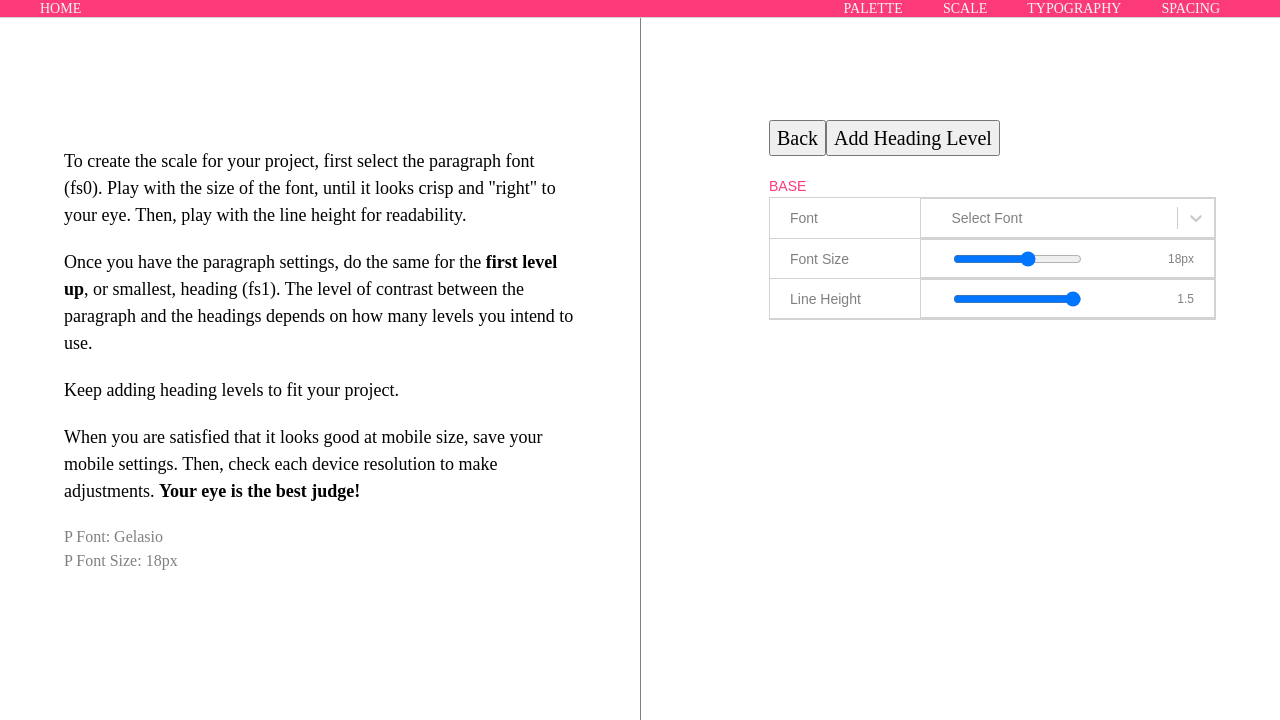
Repository: Terrycoco/coco-playground-starter
Page: /playground/scale
An editor plug-in stored every save of this project. The page is shown before and after the next save, followed by the edit.
The browser window is 1280 px wide. The pictures show the whole page.
Some web fonts or font styles are not loaded; a fallback is used. The project was rebuilt for these pictures with package versions that can differ from the ones it lists, and the page was loaded fresh each time. The framework's server and built-in components were replaced by stand-ins that run in the browser. Also part of the build but not shown: next.config.js, src/components/text/H1.js, src/components/text/Text.js, src/dev/components/layout/DeviceMenu.js, src/dev/components/dropdowns/ColorDropdown.js, src/utils/objects.js, src/dev/components/dropdowns/RatioDropdown.js, src/dev/components/forms/forms.module.css and 4 more.

Above is the page before, as saved 2023-03-04 10:46:10.

After the next save:
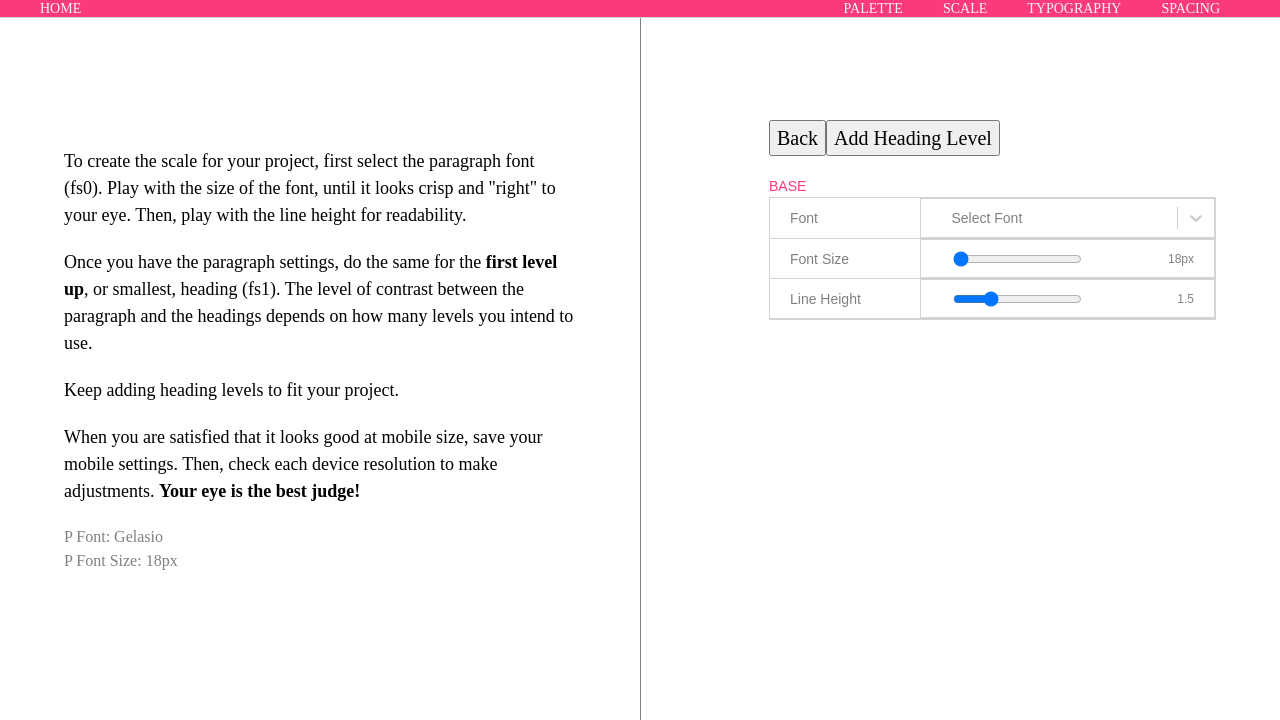
Saved 71 s later.
--- a/src/dev/components/forms/Slider/index.js
+++ b/src/dev/components/forms/Slider/index.js
@@ -26,6 +26,7 @@ const Slider = (props) => {
         max={props.max}
         id={props.id}
         step={props.step}
+        defaultValue={val}
         onInput={changeValue}
       />
       <span>{valUnit}</span>
